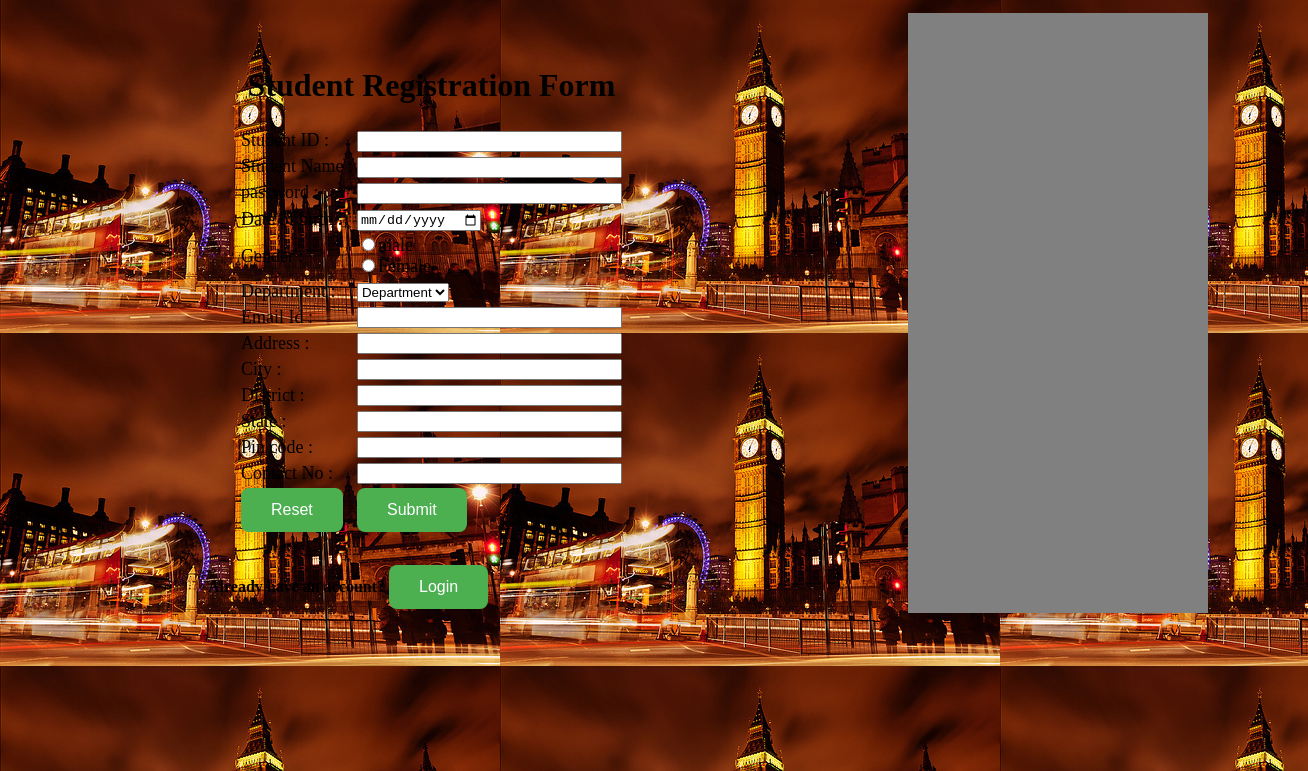
Repository: srikanthModugu/jdbc-servlet-jsp
Page: SutudentRegistration/WebContent/Registration.html
The author's editor kept a copy of each file at every save. The page is drawn from the files as they stood at one save, then again after the next save.
The browser window is 1280 px wide. The page is 1308 px wide, so the pictures cover 1308 px, including what lies to the right of the window. The pictures show the whole page.

Above is the page before, as saved 2017-10-02 14:41:30.
Console error: SyntaxError: Unexpected end of input

After the next save:
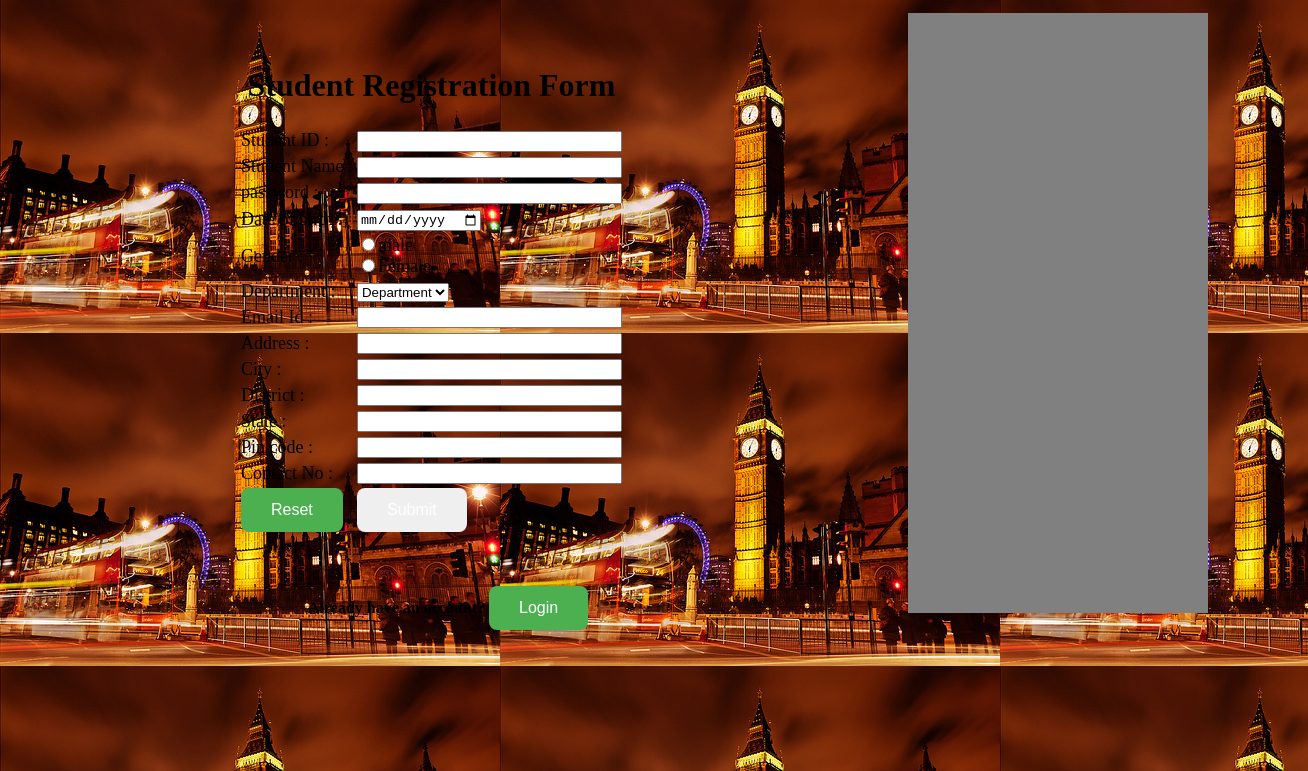
Saved 30 s later.
--- a/SutudentRegistration/WebContent/Registration.html
+++ b/SutudentRegistration/WebContent/Registration.html
@@ -24,7 +24,7 @@ input[type=submit]
 	padding: 13px 30px;
 	text-align: center;
 	text-decoration: none;
-	background-color: #4CAF50;
+
 	display: inline-block;
 	font-size: 16px;
 }
@@ -162,12 +162,13 @@ function validateform(){
 						</tr>
 					</table>
 
-
+					<div
+						style="height: 25px; width: 400px;  color: black; float: left; margin-left: 100px">
 						<h4>
 							Already have an account?
 							<button type="submit" formaction="LoginPage.html">Login</button>
 						</h4>
-
+					</div>
 				</form>
 
 
